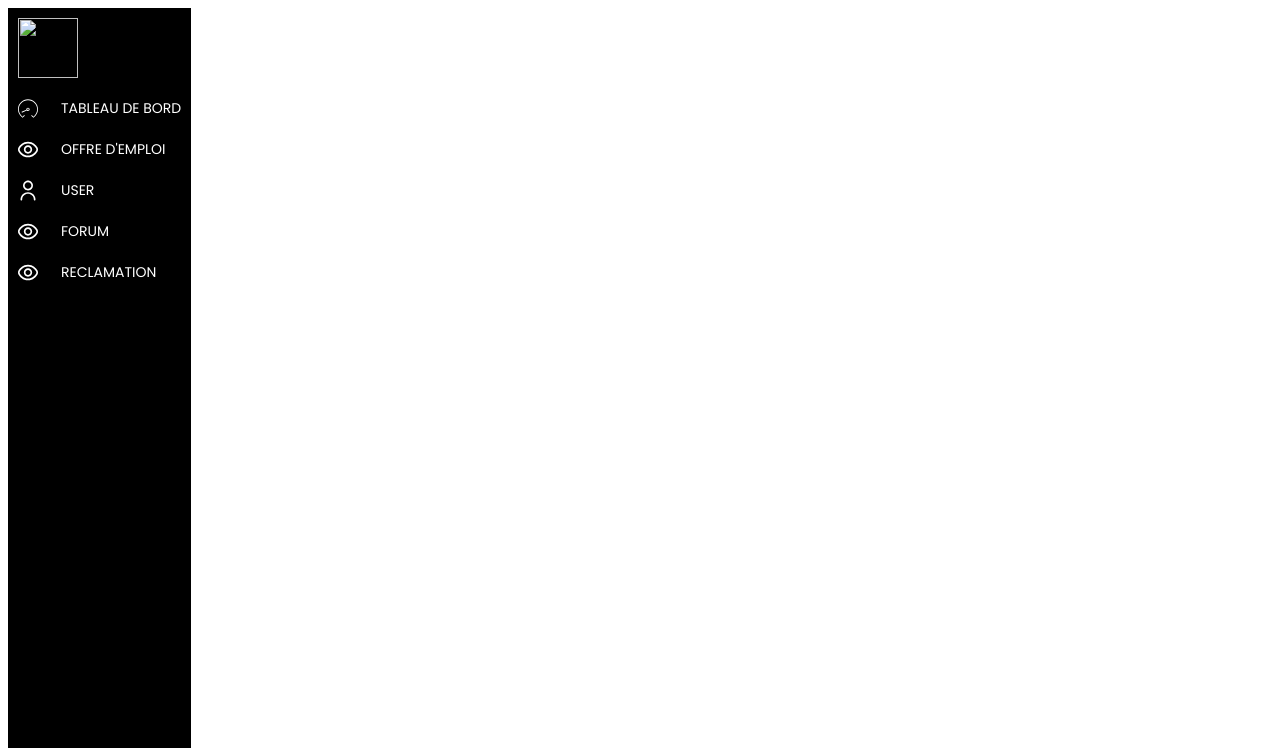
Repository: sophiegafsi/web
Page: http://localhost/view/admin/layout/header.php
An editor plug-in stored every save of this project. The page is shown before and after the next save, followed by the edit.
The browser window is 1280 px wide. The pictures show the whole page.
The page is run by PHP 8.4 with error messages shown; the project is at /var/www/html/.

Above is the page before, as saved 2024-05-05 21:18:07.
Not found: view/admin/layout/view/admin/img/EasyRecruit-logo-dash.png

### view/admin/layout/header.php
<?php
?>

<html>
<head>
  <meta charset="utf-8">
  <title>EasyRecrute</title>
  <link rel="stylesheet" href="../../view/css/custom.css">
  <script src="../view/js/custom.js"></script>
  <link rel="preconnect" href="https://fonts.googleapis.com">
  <link rel="preconnect" href="https://fonts.gstatic.com" crossorigin>
  <link href="https://fonts.googleapis.com/css2?family=Poppins:ital,wght@0,100;0,200;0,300;0,400;0,500;0,600;0,700;0,800;0,900;1,100;1,200;1,300;1,400;1,500;1,600;1,700;1,800;1,900&display=swap" rel="stylesheet">
  <style>
    .dashbord{
      display: flex;
    }
    .easyRecruit-logo-dashbord{
      display: flex;
      flex-direction: column;
      background: black;
      height: 100vh;
      max-width: 200px;
      padding: 10px;
    }
    .joboffer-show{
      text-transform: uppercase;
      color: #ffffff;
      font-family: "Poppins", sans-serif;
      font-size: 14px;
      text-decoration: unset;

    }
    .joboffer-show:hover{
      text-decoration: underline;
    }
    .joboffer-show{
      margin-top: 20px;
    display: flex;
    column-gap: 23px;
    }
    .style-page-list{
      display: flex;
    flex-direction: column;
    justify-content: space-around;
    align-items: center;
    width: 100%;
    }
  </style>
</head>
<body class="dashbord">
    <div class="easyRecruit-logo-dashbord">
      <div class="logo-header-dashbord">
          <img src="view/admin/img/EasyRecruit-logo-dash.png" alt="logo" width="60">
      </div>

      <a href="" class="joboffer-show">      <img src="../img/dashbordsvg.svg" class="icon-joboffer-show" alt="icon" width="20"> tableau de bord</a>

        <a href="index.php?controller=joboffer&action=list" class="joboffer-show">      <img src="../img/eye-dashbord.svg" class="icon-joboffer-show" alt="icon" width="20">offre d'emploi</a>
        <a href="" class="joboffer-show">      <img src="../img/user.svg" class="icon-joboffer-show" alt="icon" width="20"> User</a>
        <a href="" class="joboffer-show">      <img src="../img/eye-dashbord.svg" class="icon-joboffer-show" alt="icon" width="20"> Forum</a>
        <a href="" class="joboffer-show">      <img src="../img/eye-dashbord.svg" class="icon-joboffer-show" alt="icon" width="20"> Reclamation</a>
    </div>

### view/css/custom.css
.poppins-thin {
    font-family: "Poppins", sans-serif;
    font-weight: 100;
    font-style: normal;
  }

  .poppins-extralight {
    font-family: "Poppins", sans-serif;
    font-weight: 200;
    font-style: normal;
  }

  .poppins-light {
    font-family: "Poppins", sans-serif;
    font-weight: 300;
    font-style: normal;
  }

  .poppins-regular {
    font-family: "Poppins", sans-serif;
    font-weight: 400;
    font-style: normal;
  }

  .poppins-medium {
    font-family: "Poppins", sans-serif;
    font-weight: 500;
    font-style: normal;
  }

  .poppins-semibold {
    font-family: "Poppins", sans-serif;
    font-weight: 600;
    font-style: normal;
  }

  .poppins-bold {
    font-family: "Poppins", sans-serif;
    font-weight: 700;
    font-style: normal;
  }

  .poppins-extrabold {
    font-family: "Poppins", sans-serif;
    font-weight: 800;
    font-style: normal;
  }

  .poppins-black {
    font-family: "Poppins", sans-serif;
    font-weight: 900;
    font-style: normal;
  }

  .poppins-thin-italic {
    font-family: "Poppins", sans-serif;
    font-weight: 100;
    font-style: italic;
  }

  .poppins-extralight-italic {
    font-family: "Poppins", sans-serif;
    font-weight: 200;
    font-style: italic;
  }

  .poppins-light-italic {
    font-family: "Poppins", sans-serif;
    font-weight: 300;
    font-style: italic;
  }

  .poppins-regular-italic {
    font-family: "Poppins", sans-serif;
    font-weight: 400;
    font-style: italic;
  }

  .poppins-medium-italic {
    font-family: "Poppins", sans-serif;
    font-weight: 500;
    font-style: italic;
  }

  .poppins-semibold-italic {
    font-family: "Poppins", sans-serif;
    font-weight: 600;
    font-style: italic;
  }

  .poppins-bold-italic {
    font-family: "Poppins", sans-serif;
    font-weight: 700;
    font-style: italic;
  }

  .poppins-extrabold-italic {
    font-family: "Poppins", sans-serif;
    font-weight: 800;
    font-style: italic;
  }

  .poppins-black-italic {
    font-family: "Poppins", sans-serif;
    font-weight: 900;
    font-style: italic;
  }

.btn-recrut-listingpage{
  display: flex;
  align-items: center;
  justify-content: center;
  background-color: #ee3a87;
  color: #ffffff;
  border-radius: 30px;
  padding: 5px 30px;
  font-size: 20px;
  font-family: "Poppins", sans-serif;
  text-decoration: none;
  width: max-content;
  margin: 0 auto;
}
.link-emploi a {
  text-decoration: unset;
}
.btn-recrut{
    display: flex;
    align-items: center;
    justify-content: center;
    background-color: #ee3a87;
    color: #ffffff;
    border-radius: 30px;
    padding: 5px 30px;
    font-size: 20px;
    font-family: "Poppins", sans-serif;
    text-decoration: none;
}
.btn-inscri{
    display: flex;
    flex-direction: column;
    align-items: center;
    color: #000;
    text-decoration: none;
    font-size: 14px;
    font-family: "Poppins", sans-serif;
}
.header-style{
    display: flex;
    align-items: center;
    justify-content: space-between;
    font-size: 14px;
    font-family: "Poppins", sans-serif;
}
.links-header{
    display: flex;
    column-gap: 30px;
}
.btn-compte{
    display: flex;
    flex-direction: column;
    align-items: center;
    color: #000;
    text-decoration: none;
    font-size: 14px;
    font-family: "Poppins", sans-serif;
}
.block-intro{
    background-image:url("../img/slider-home.jpg");
    display: block;
    width: 100%;
    height: 300px;
    background-size: cover;
    background-repeat: no-repeat;
    background-position: center;
    position: relative;
    margin-bottom: 20px;

}
.desc-into{
    position: absolute;
    top: 30%;
    left: 10%;

}
.style-form-input textarea {
  border-radius: 15px;
  text-align: center;
  border: 1px solid #264395;
  max-width: 250px;
  width: 100%;
  height: 37px;
}
.style-form-input {
  font-family: "Poppins", sans-serif;
  font-size: 13px;
}
.style-form-radio {
  display: flex;
  align-items: center;
  column-gap: 50px;
  margin-bottom: 30px;
}
.desc-style{
    font-family: "Poppins", sans-serif;
    font-weight: bold;
    font-size: 20px;
    color: #ffffff;
    text-transform: uppercase;
}
.desc-style span{
    font-weight: 400;
}
.overlay{
    display: block;
    width: 100%;
    height: 100%;
    background-color: #000;
    opacity: .7;
}
.btn-decouvrir{
    display: flex;
    align-items: center;
    justify-content: center;
    background-color: #FFF;
    color: #264395;
    border-radius: 30px;
    padding: 5px 30px;
    font-size: 20px;
    font-family: "Poppins", sans-serif;
    text-decoration: none;
    width: max-content;
    text-transform: uppercase;
}
.header-block-style{
    font-size: 30px;
    font-family: "Poppins", sans-serif;
    text-align: center;
    font-weight: 500;
    text-transform: uppercase;
    color: #2c4395;
}
.link-emploi, .link-condidat{
    border: 1px solid #2c4395;
    padding: 10px;
    text-decoration: none;
    width: 100%;
    height: max-content;
    border-radius: 30px;
}
.link-emploi{
  border-radius: 30px;
  display: flex;
  flex-direction: column;
  margin-top: 20px;
}
.titre-link-emploi{
    text-transform: uppercase;
    color: #2c4395;
    font-family: "Poppins", sans-serif;
    font-size: 18px;
}
.desc-link-emploi{
    color: #000;
    font-family: "Poppins", sans-serif;
    font-size: 14px;
}
.list-job-offer-style {
  display: flex;
  justify-content: space-evenly;
  align-items: flex-start;
  margin-top: 30px;
  column-gap: 30px;
}
button.btn-recherche-style {
  background: #2c4395;
  color: #fff;
  border: unset;
  padding: 5px 20px;
  border-radius: 15px;
}
form.recherche-form {
  display: flex;
  column-gap: 30px;
}
.input-searsh-style, .input-filre-style {
  display: flex;
  flex-direction: column;
}
.form-postuler {
  border: 1px solid;
  border-radius: 30px;
  padding: 10px 30px;
  width: 100%;
}
.form-postuler h3 {
  font-size: 23px;
  font-family: "Poppins", sans-serif;
  width: 100%;
  color: #2c4395;
  font-weight: 400;
  text-transform: uppercase;
}
.input-postuler-form label {
  font-size: 12px;
  font-family: "Poppins", sans-serif;
  margin-right: 21px;
}
.input-postuler-form {
  display: flex;
  justify-content: space-between;
  margin-bottom: 35px;
}
.form-postuler form {
  max-width: 400px;
  width: 100%;
}
select#sector {
  border: 1px solid #2c4395;
  border-radius: 20px;
  padding: 2px 25px;
  color: #2c4395;
}
h2.sub-heading {
  color: #2c4395;
  font-family: "Poppins", sans-serif;
  font-size: 32px;
  text-transform: uppercase;
}
.job-details {
  width: 100%;
  border: 1px solid #2c4395;
  border-radius: 30px;
  padding: 10px 70px;
}
span.job-info-details {
  color: #2c4395;
  font-family: "Poppins", sans-serif;
  font-size: 15px;
  text-transform: uppercase;
}
.block-emploi {
  display: flex;
  column-gap: 50px;
}
p.job-info {
  font-family: "Poppins", sans-serif;
  font-size: 13px;
}
h1.sub-heading {
  color: #fff;
  font-family: "Poppins", sans-serif;
  font-size: 35px;
  text-transform: uppercase;
}
form.recherche-form label {
  font-size: 16px;
  font-family: "Poppins", sans-serif;
  text-align: left;
  font-weight: 400;
  text-transform: uppercase;
  color: #2c4395;
}
.input-searsh-style input {
  border: 1px solid #2c4395;
  border-radius: 20px;
}
form.recherche-form {
  display: flex;
  column-gap: 30px;
  align-items: center;
}
.links-emploi{
  display: flex;
  flex-direction: row;
  row-gap: 20px;
  flex-wrap: wrap;
}
.desc-link-emploi span {
  text-transform: uppercase;
  color: #2c4395;
  font-family: "Poppins", sans-serif;
  font-size: 15px;
  font-weight: 500;
}
.element-block-emploi {
  display: flex;
  flex-direction: row;
  flex-wrap: wrap;
}
p.desc-link-emploi {
  color: #000;
  font-family: "Poppins", sans-serif;
  font-size: 14px;
}
.btn-decouvrir-pink{
    display: flex;
    align-items: center;
    justify-content: center;
    background-color: #ee3a87;
    color: #ffffff;
    border-radius: 30px;
    padding: 5px 30px;
    font-size: 20px;
    font-family: "Poppins", sans-serif;
    text-decoration: none;
    width: max-content;
    text-transform: uppercase;
    margin-left: auto;
    margin-top: 30px;
    margin-bottom: 30px;

}
.block-intro-2{
    background-image:url("../img/recrute-slide.jpg");
    display: block;
    width: 100%;
    height: 300px;
    background-size: cover;
    background-repeat: no-repeat;
    background-position: center;
    position: relative;
}
.desc-into-2{
    position: absolute;
    top: 50%;
    left: 50%;
    transform: translate(-50%, -50%);
    text-align: center;
    display: flex;
    flex-direction: column;
    align-items: center;
}
.desc-style-2{
    font-family: "Poppins", sans-serif;
    font-weight: 500;
    font-size: 27px;
    color: #ffffff;
    text-transform: uppercase;
}
.footer-style {
    background: #264395;

}
.titre-footer {
    text-transform: uppercase;
    color: #fff;
    font-family: "Poppins", sans-serif;
    font-weight: 500;
    font-size: 18px;
}
.block-links-style {
    display: flex;
    flex-direction: column;
    row-gap: 30px;
}
.link-footer{
    color: #fff;
    font-family: "Poppins", sans-serif;
    text-decoration: none;
    font-size: 12px;
}
.footer-container {
    max-width: 82%;
    display: flex;
    width: 100%;
    justify-content: space-between;
    margin: 30px auto;
}
.block-links-style-rs{
    display: flex;
    column-gap: 10px;
}
.copy-right{
    background-color: #fff;
    text-align: center;
}
.copy-right p{
    text-transform: uppercase;
    color: #264395;
    font-family: "Poppins", sans-serif;
    font-size: 14px;
    padding: 20px;

}
.link-condidat {
  display: block;
  min-width: 320px;
  max-width: 320px;
  width: 100%;
}

.titre-link-condidat {
  margin: 0;
  font-family: "Poppins", sans-serif;
  text-transform: uppercase;
  font-size: 14px;
  color: #000;
}
.desc-link-condidat{
  font-family: "Poppins", sans-serif;
  font-size: 11px;
  color: #000;
}
.links-condidat{
  display: flex;
  flex-wrap: wrap;
  column-gap: 10px;
  row-gap: 30px;

}
.condidat-element {
  display: flex;
  align-items: center;
  column-gap: 30px;
}
.btn-info-plus {
  font-size: 11px;
  margin-left: auto;
  display: block;
  width: max-content;
  color: #000;
  text-decoration: none;
  margin-right: 15px;
}
.block-listing-offres{
  flex-direction: column;
  max-width: 700px;
  width: 100%;
  justify-content: center;
  margin: 0 auto;
}
.formulaire-recruter form {
  display: flex;
  flex-direction: column;
  max-width: 700px;
  width: 100%;
  justify-content: center;
  margin: 0 auto;
}
.formulaire-recruter form input, .formulaire-recruter form textarea {
  border-radius: 15px;
  height: 45px;
  border: 1px solid #264395;
  margin-bottom: 15px;
}
.formulaire-recruter .btn-recrut{
  border: unset;
  max-width: 300px;
  margin: 15px auto;
}
.formulaire-recruter form input::placeholder, .formulaire-recruter form textarea::placeholder{
  text-transform: uppercase;
  color: #264395;
  font-family: "Poppins", sans-serif;
  font-size: 14px;
  padding-left: 15px;
}
.custom-select select {

  font-family: "Poppins", sans-serif;
  border-radius: 15px;
  height: 45px;
  width: 100%;
  text-transform: uppercase;
  color: #264395;
  font-family: "Poppins", sans-serif;
  font-size: 14px;
  padding: 0 15px;
}
p.desc-link-emploi {
  margin: 5px;
}

### view/js/custom.js

function validateForm() {
    var email = document.getElementById("email").value;
    var name = document.getElementById("name").value;
    var password = document.getElementById("password").value;
    var companyName = document.getElementById("company_name").value;
    var phone = document.getElementById("phone").value;

    // Validation de l'email
    if (email === "") {
        alert("Veuillez saisir une adresse e-mail.");
        return false;
    }
    // Vous pouvez ajouter d'autres validations JavaScript ici

    return true;
}

### view/admin/img/dashbordsvg.svg
<?xml version="1.0" encoding="utf-8"?>
<!-- Generator: Adobe Illustrator 28.1.0, SVG Export Plug-In . SVG Version: 6.00 Build 0)  -->
<svg version="1.1" id="Layer_1" xmlns="http://www.w3.org/2000/svg" xmlns:xlink="http://www.w3.org/1999/xlink" x="0px" y="0px"
	 viewBox="0 0 512 512" style="enable-background:new 0 0 512 512;" xml:space="preserve">
<style type="text/css">
	.st0{fill:#FFFFFF;}
</style>
<path class="st0" d="M256,234.7c-23.5,0-42.7,19.1-42.7,42.7c0,2.7,0.3,5.3,0.7,7.8L91.5,342.3l9,19.3l122.6-57.2
	c7.8,9.5,19.7,15.5,32.9,15.5c23.5,0,42.7-19.1,42.7-42.7C298.6,253.8,279.5,234.7,256,234.7L256,234.7z M256,298.7
	c-11.8,0-21.3-9.6-21.3-21.3S244.2,256,256,256c11.8,0,21.3,9.6,21.3,21.3S267.8,298.7,256,298.7z M512,277.3
	c0,83.1-40.8,161.4-109.1,209.5l-6.8,4.8l-57.9-50.1l14-16.1l45.2,39.1c58.6-44.3,93.3-113.7,93.3-187.1
	c0-129.4-105.3-234.7-234.7-234.7S21.3,147.9,21.3,277.3c0,73.4,34.7,142.8,93.3,187.1l45.2-39.1l14,16.1l-57.9,50.1l-6.8-4.8
	C40.8,438.8,0,360.5,0,277.3c0-141.2,114.8-256,256-256S512,136.2,512,277.3z"/>
</svg>

### view/admin/img/eye-dashbord.svg
<?xml version="1.0" encoding="utf-8"?>
<!-- Generator: Adobe Illustrator 28.1.0, SVG Export Plug-In . SVG Version: 6.00 Build 0)  -->
<svg version="1.1" id="Outline" xmlns="http://www.w3.org/2000/svg" xmlns:xlink="http://www.w3.org/1999/xlink" x="0px" y="0px"
	 viewBox="0 0 512 512" style="enable-background:new 0 0 512 512;" xml:space="preserve">
<style type="text/css">
	.st0{fill:#FFFFFF;}
</style>
<path class="st0" d="M496.4,200.9C463.4,147.1,388.1,56.6,256,56.6S48.6,147.1,15.6,200.9c-20.9,33.7-20.9,76.4,0,110.1
	C48.6,364.9,123.9,455.4,256,455.4s207.4-90.4,240.4-144.3C517.3,277.3,517.3,234.7,496.4,200.9z M460.1,288.7
	c-28.4,46.2-92.7,124-204.1,124s-175.7-77.8-204.1-124c-12.4-20.1-12.4-45.4,0-65.5c28.4-46.2,92.7-124,204.1-124
	s175.7,77.7,204.1,124C472.5,243.3,472.5,268.7,460.1,288.7L460.1,288.7z"/>
<path class="st0" d="M256,149.3c-58.9,0-106.7,47.8-106.7,106.7S197.1,362.7,256,362.7S362.7,314.9,362.7,256
	C362.6,197.1,314.9,149.4,256,149.3z M256,320c-35.3,0-64-28.7-64-64s28.7-64,64-64s64,28.7,64,64S291.3,320,256,320z"/>
</svg>

### view/admin/img/user.svg
<svg version="1.2" xmlns="http://www.w3.org/2000/svg" viewBox="0 0 24 24" width="24" height="24"><style>.a{fill:#fff}</style><path fill-rule="evenodd" class="a" d="m9.7 11.5q-1.1-0.4-1.9-1.3-0.9-0.8-1.3-1.9-0.5-1.1-0.5-2.3c0-2.4 1.5-4.6 3.7-5.5 2.2-1 4.8-0.5 6.5 1.3 1.8 1.7 2.3 4.3 1.3 6.5-0.9 2.2-3.1 3.7-5.5 3.7q-1.2 0-2.3-0.5zm0.8-9.2q-0.8 0.3-1.3 0.9-0.6 0.5-0.9 1.3-0.3 0.7-0.3 1.5c0 1.6 1 3.1 2.5 3.7 1.5 0.6 3.2 0.3 4.3-0.9 1.2-1.1 1.5-2.8 0.9-4.3-0.6-1.5-2.1-2.5-3.7-2.5q-0.8 0-1.5 0.3z"/><path class="a" d="m12 14c-1.2 0-2.4 0.2-3.4 0.7-1.1 0.4-2.1 1.1-3 1.9-0.8 0.9-1.5 1.9-1.9 3-0.5 1-0.7 2.2-0.7 3.4q0 0.4 0.3 0.7 0.3 0.3 0.7 0.3 0.4 0 0.7-0.3 0.3-0.3 0.3-0.7c0-1.9 0.7-3.6 2.1-4.9 1.3-1.4 3-2.1 4.9-2.1 1.9 0 3.6 0.7 4.9 2.1 1.4 1.3 2.1 3 2.1 4.9q0 0.4 0.3 0.7 0.3 0.3 0.7 0.3 0.4 0 0.7-0.3 0.3-0.3 0.3-0.7c0-1.2-0.2-2.4-0.7-3.4-0.4-1.1-1.1-2.1-1.9-3-0.9-0.8-1.9-1.5-3-1.9-1-0.5-2.2-0.7-3.4-0.7z"/></svg>

After the next save:
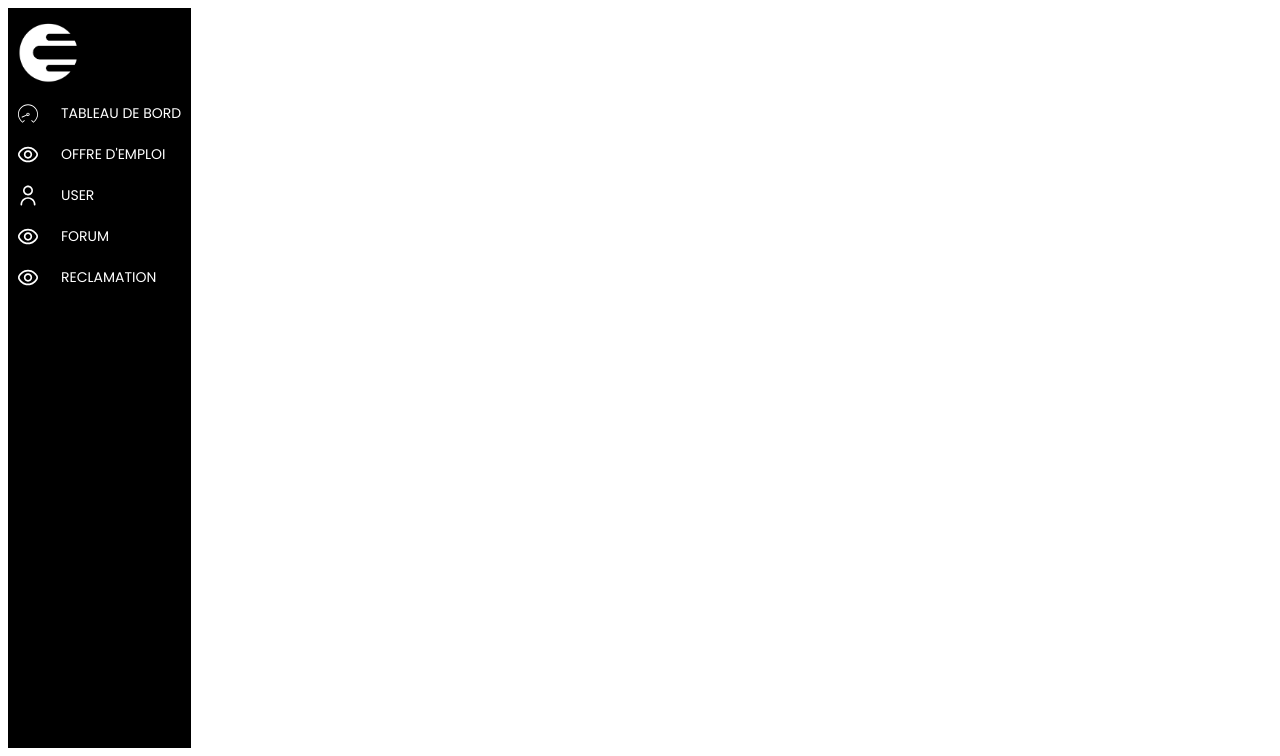
Saved 60 s later.
--- a/view/admin/layout/header.php
+++ b/view/admin/layout/header.php
@@ -50,7 +50,7 @@
 <body class="dashbord">
     <div class="easyRecruit-logo-dashbord">
       <div class="logo-header-dashbord">
-          <img src="view/admin/img/EasyRecruit-logo-dash.png" alt="logo" width="60">
+          <img src="/view/admin/img/EasyRecruit-logo-dash.png" alt="logo" width="60">
       </div>
 
       <a href="" class="joboffer-show">      <img src="../img/dashbordsvg.svg" class="icon-joboffer-show" alt="icon" width="20"> tableau de bord</a>
